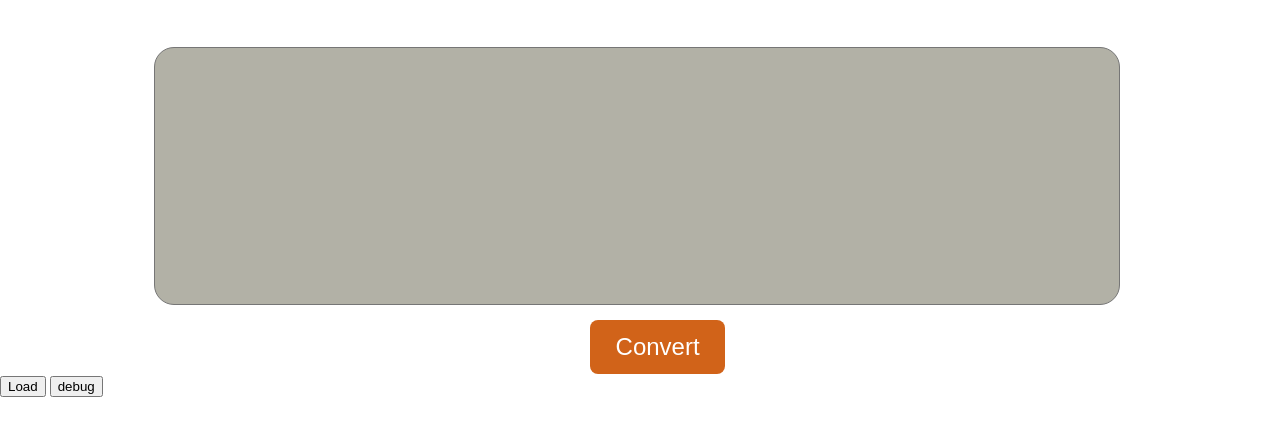
Repository: readwithpic/readwithpic.github.io
Page: platform14.html
The author's editor kept a record of every edit. The page is drawn from the files as they stood at one moment, then again after the next edit.
The browser window is 1280 px wide. The pictures show the whole page.
The first visible `#convert` is being pressed.
Some web libraries are served in a nearby version.

Above is the page before.
Console error: TypeError: Cannot read properties of undefined (reading 'length')

After the next edit:
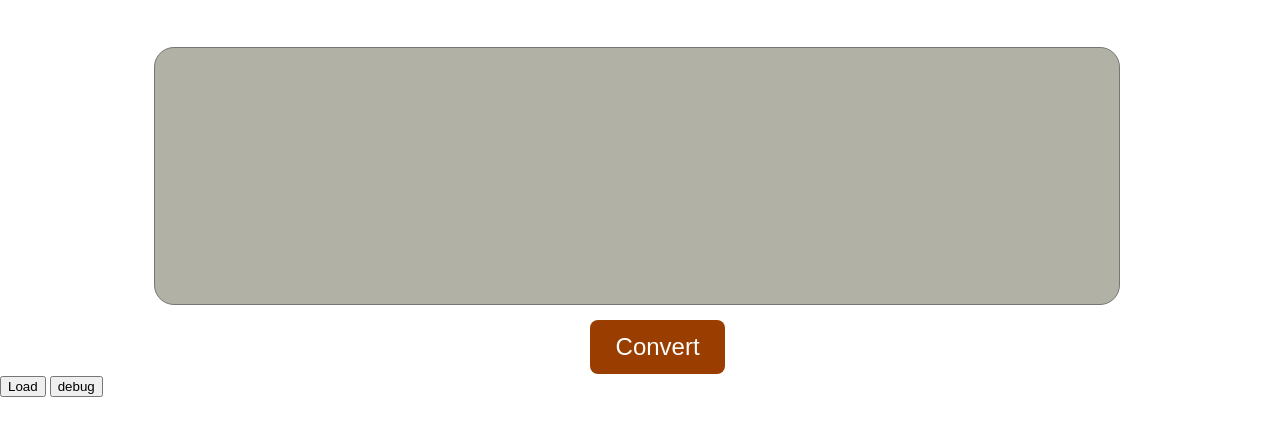
The edit:
--- a/style.css
+++ b/style.css
@@ -100,7 +100,7 @@
 }
 
 #convert:active {
-   background-color: #D16319;
+   background-color: #993D00;
    }
 
 
